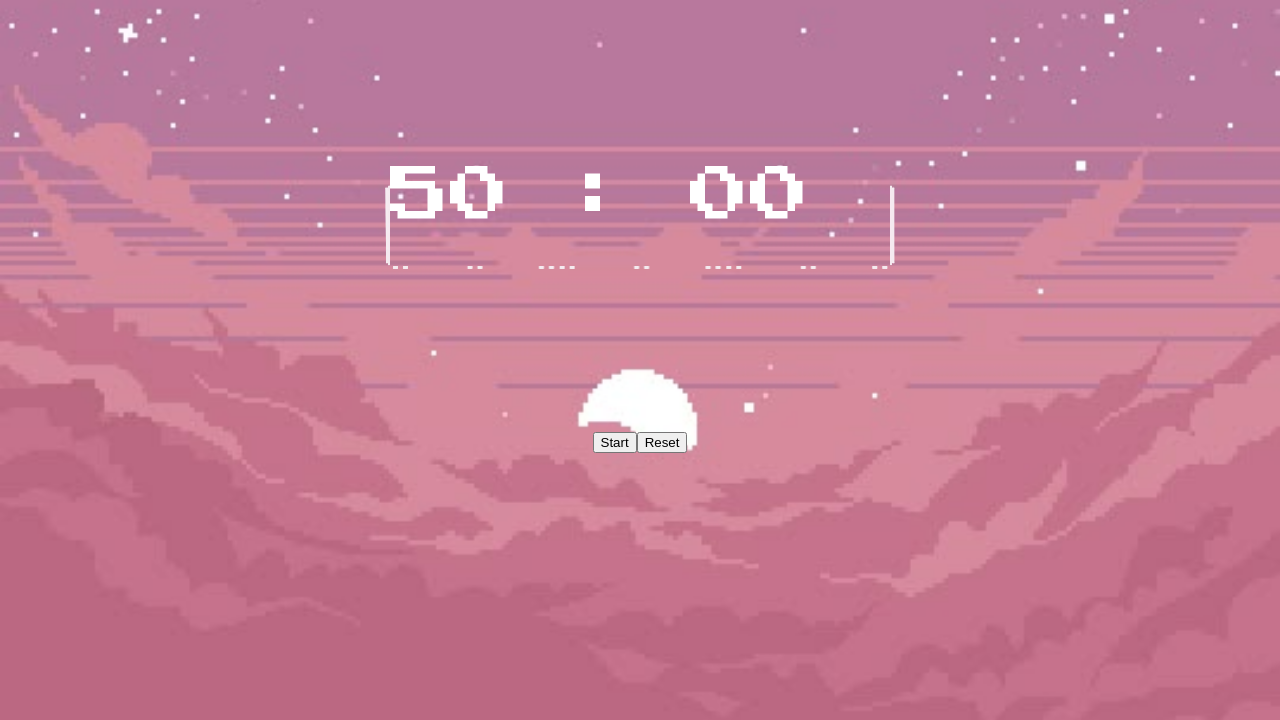
Repository: niharikapatil2306/Study-Timer
Page: index.html
The author's editor kept a copy of each file at every save. The page is drawn from the files as they stood at one save, then again after the next save.
The browser window is 1280 px wide. The pictures show the whole page.

Above is the page before, as saved 2025-02-15 16:53:28.

### index.html
<!DOCTYPE html>
<html lang="en">
<head>
    <meta charset="UTF-8">
    <meta name="viewport" content="width=device-width, initial-scale=1.0">
    <title>Study Timer</title>
    <link href="https://fonts.googleapis.com/css2?family=Press+Start+2P&display=swap" rel="stylesheet">
    <link rel="stylesheet" href="style.css" />
</head>
<body style="background-color: black;">
    <div class="container">
        <div class="timer">
            <div class="box">
                <span id="min">
                    50
                </span>
                :
                <span id="sec">
                    00
                </span>
            </div>
        </div>
        <div class="button_container">
            <button id="start">
                Start
            </button>
            <button id="reset">
                Reset
            </button>
        </div>
    </div>
    <script src="./clock.js"></script>
</body>
</html>

### style.css
body {
    margin: 0;
    padding: 0;
    background: url("./img/bg.jpeg") no-repeat center center fixed;
    background-size: cover;
}

.container{
    height: 100vh;
}

.box{
        width: 500px; /* Adjust as needed */
        height: 100px; /* Adjust as needed */
        border-width: 10px; /* Defines the thickness of the border */
        border-style: solid; /* Ensures border is visible */
        border-image: url(./img/border.png) 30 round; /* Adjust slice value as needed */
}

.timer{
    font-family: 'Press Start 2P', monospace;
    height: 60vh;
    font-size: 60px;
    font-weight: 400;
    color: white;
    display: flex;
    align-items: center;
    justify-content: center;
}

.button_container{
    display: flex;
    align-items: center;
    justify-content: center;
}

/* .timer {

    font-size: 50px;
    color: ivory;
    text-rendering: optimizeSpeed;
}

.box{
    width: max-content ;
    border: 1px solid white;
}

span{
    padding: 4px;
    margin: 8px;
}

.container{
    text-align: center;
    width: 100vw;
    height: 100vh;
    display: flex;
    position: relative; */
    /* flex-direction: column;
    justify-content: center;

} */

### clock.js
let timer;
let timeLeft = 50*60 // 50 minutes
const min = document.getElementById("min");
const sec = document.getElementById("sec");
const startBtn = document.getElementById("start");
const resetBtn = document.getElementById("reset");

function updateDisplay(){
    let minutes = Math.floor(timeLeft/60);
    let seconds = timeLeft%60;
    min.textContent = minutes.toString().padStart(2, "0");
    sec.textContent = seconds.toString().padStart(2, "0");
}

startBtn.addEventListener("click", () => {
    if(!timer){
        timer = setInterval(() => {
            if(timeLeft>0){
                timeLeft--;
                updateDisplay();
            }
            else{
                clearInterval(timer);
                timer = null;
                alert("Take a break!!")
            }
        }, 1000);
    }
});

resetBtn.addEventListener("click", () => {
    clearInterval(timer);
    timer = null;
    timeLeft = 50*60;
    updateDisplay();
});

After the next save:
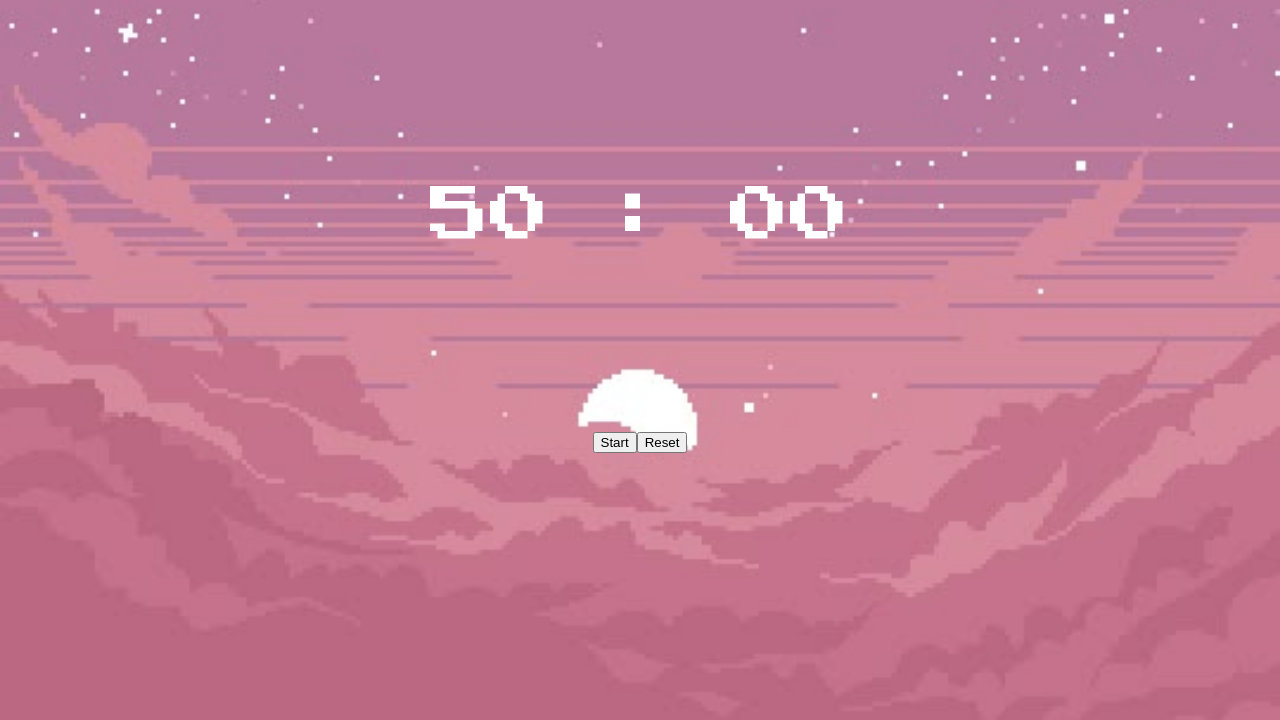
Saved 24 s later.
--- a/style.css
+++ b/style.css
@@ -10,11 +10,7 @@ body {
 }
 
 .box{
-        width: 500px; /* Adjust as needed */
-        height: 100px; /* Adjust as needed */
-        border-width: 10px; /* Defines the thickness of the border */
-        border-style: solid; /* Ensures border is visible */
-        border-image: url(./img/border.png) 30 round; /* Adjust slice value as needed */
+    background-image: url(./img/border.png);
 }
 
 .timer{
